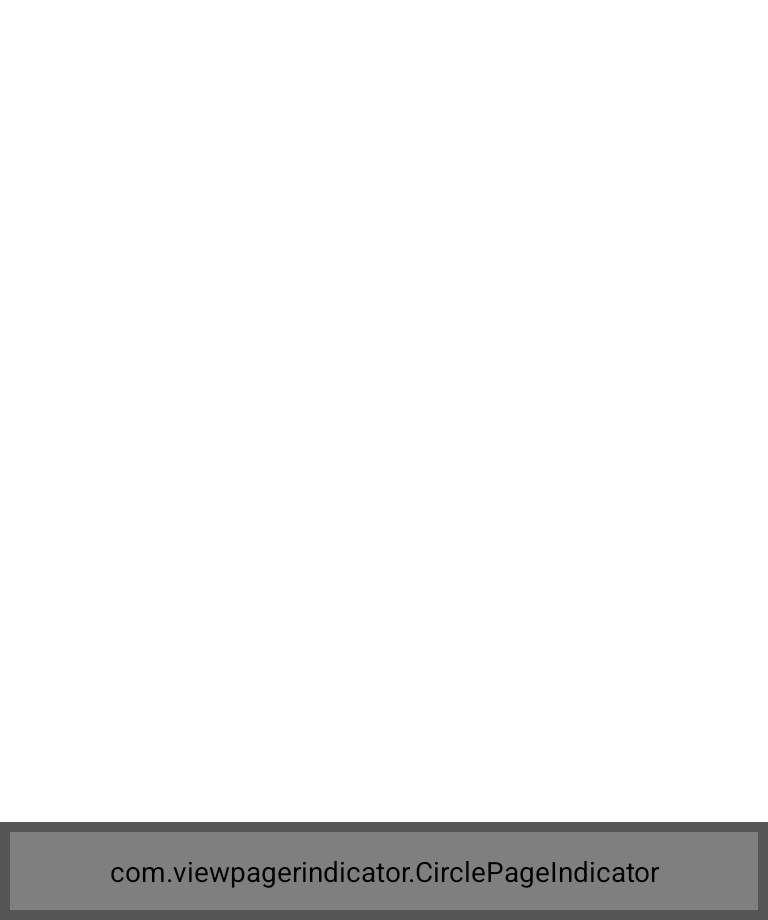
Repository: yangxiyucs/ZHBJ
Layout: ADT_ZHBJ74/ZHBJ/res/layout/pager_tab_detail.xml
An editor plug-in stored every save of this project. The layout is shown before and after the next save, followed by the edit.
The pictures show rows 360 to 1280 of an output 1280 px tall.
Pictures or frames that could not be fetched are drawn as grey boxes. It is drawn on a 768 x 1280 px phone screen (xhdpi) without system bars, with theme AppTheme; the app's code is not run.

Above is the layout before, as saved 2016-10-24 21:33:57.

### ADT_ZHBJ74/ZHBJ/res/layout/pager_tab_detail.xml
<?xml version="1.0" encoding="utf-8"?>
<FrameLayout xmlns:android="http://schemas.android.com/apk/res/android"
    xmlns:app="http://schemas.android.com/apk/res-auto"
    android:layout_width="match_parent"
    android:layout_height="match_parent"
    android:orientation="vertical" >

    <zhbj.view.TopNewsViewPager
        android:id="@+id/vp_topnews"
        android:layout_width="match_parent"
        android:layout_height="180dp" />

    <RelativeLayout
        android:layout_width="match_parent"
        android:layout_height="wrap_content"
        android:layout_gravity="bottom"
        android:background="#a000"
        android:padding="5dp" >

        <TextView
            android:id="@+id/tv_title"
            android:layout_width="wrap_content"
            android:layout_height="wrap_content"
            android:text="标题"
            android:textColor="#fff"
            android:textSize="16sp" >
        </TextView>

        <com.viewpagerindicator.CirclePageIndicator
            android:id="@+id/indicator"
            android:layout_width="fill_parent"
            android:layout_height="wrap_content"
            android:layout_alignParentRight="true"
            android:background="#FFCCCCCC"
            android:padding="10dip"
            app:fillColor="#f00"
            app:pageColor="#cccccc"
            app:radius="3dp"
            app:strokeColor="#FF000000"
            app:strokeWidth="0dp" />
    </RelativeLayout>

</FrameLayout>

### ADT_ZHBJ74/ZHBJ/res/values/styles.xml
<resources xmlns:android="http://schemas.android.com/apk/res/android">

    <!--
        Base application theme, dependent on API level. This theme is replaced
        by AppBaseTheme from res/values-vXX/styles.xml on newer devices.











    -->
    <style name="AppBaseTheme" parent="android:Theme.Light">
        <!--
            Theme customizations available in newer API levels can go in
            res/values-vXX/styles.xml, while customizations related to
            backward-compatibility can go here.





        -->
    </style>

    <!-- Application theme. -->
    <style name="AppTheme" parent="AppBaseTheme">
        <!-- All customizations that are NOT specific to a particular API-level can go here. -->
    </style>

    <style name="Bottom_tap_Style">
        <item name="android:layout_width">wrap_content</item>
        <item name="android:layout_height">match_parent</item>
        <item name="android:background">@android:color/transparent</item>
        <item name="android:button">@null</item>
        <item name="android:drawablePadding">3dp</item>
        <item name="android:padding">5dp</item>
        <item name="android:layout_weight">1</item>
        <item name="android:textColor">@color/txt_tab_selector</item>
        <item name="android:gravity">center</item>
    </style>

</resources>

Loaded but not shown: ADT_ZHBJ74/ZHBJ/res/values-v11/styles.xml (common file); ADT_ZHBJ74/ZHBJ/res/values-v14/styles.xml (common file)

After the next save:
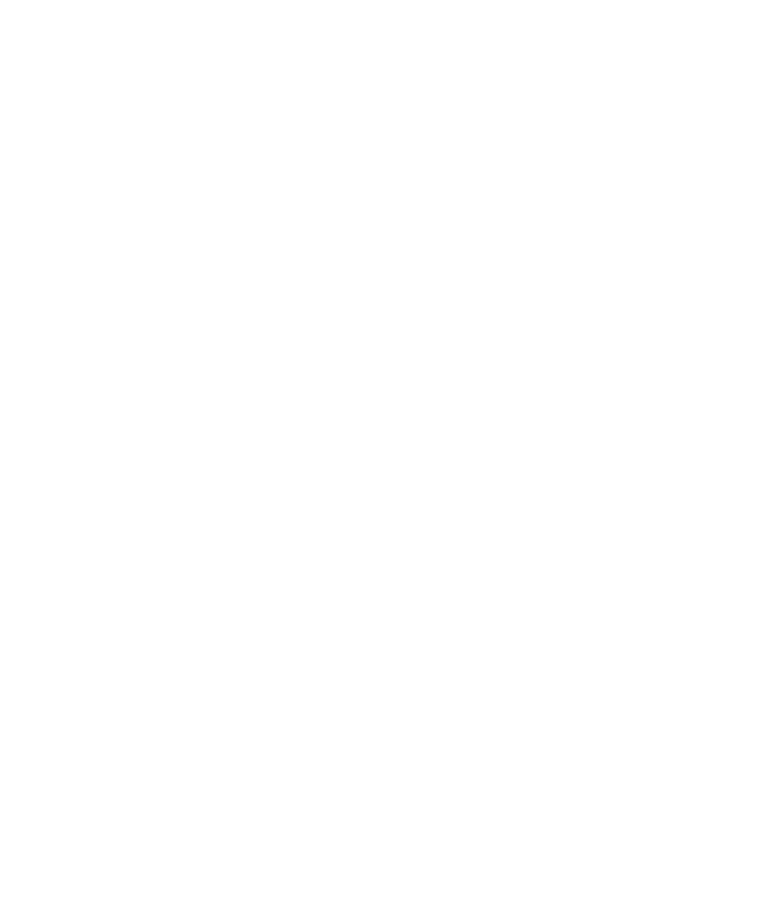
Saved 14 min 42 s later.
--- a/ADT_ZHBJ74/ZHBJ/res/layout/pager_tab_detail.xml
+++ b/ADT_ZHBJ74/ZHBJ/res/layout/pager_tab_detail.xml
@@ -8,36 +8,39 @@
     <zhbj.view.TopNewsViewPager
         android:id="@+id/vp_topnews"
         android:layout_width="match_parent"
-        android:layout_height="180dp" />
+        android:layout_height="180dp" >
 
-    <RelativeLayout
-        android:layout_width="match_parent"
-        android:layout_height="wrap_content"
-        android:layout_gravity="bottom"
-        android:background="#a000"
-        android:padding="5dp" >
+        <RelativeLayout
+            android:layout_width="match_parent"
+            android:layout_height="wrap_content"
+            android:layout_gravity="bottom"
+            android:background="#a000"
+            android:padding="5dp" >
 
-        <TextView
-            android:id="@+id/tv_title"
-            android:layout_width="wrap_content"
-            android:layout_height="wrap_content"
-            android:text="标题"
-            android:textColor="#fff"
-            android:textSize="16sp" >
-        </TextView>
+            <TextView
+                android:id="@+id/tv_title"
+                android:layout_width="wrap_content"
+                android:layout_height="wrap_content"
+                android:text="标题"
+                android:textColor="#fff"
+                android:textSize="16sp" >
+            </TextView>
 
-        <com.viewpagerindicator.CirclePageIndicator
-            android:id="@+id/indicator"
-            android:layout_width="fill_parent"
-            android:layout_height="wrap_content"
-            android:layout_alignParentRight="true"
-            android:background="#FFCCCCCC"
-            android:padding="10dip"
-            app:fillColor="#f00"
-            app:pageColor="#cccccc"
-            app:radius="3dp"
-            app:strokeColor="#FF000000"
-            app:strokeWidth="0dp" />
-    </RelativeLayout>
+            <com.viewpagerindicator.CirclePageIndicator
+                android:id="@+id/indicator"
+                android:layout_width="fill_parent"
+                android:layout_height="wrap_content"
+                android:layout_alignParentRight="true"
+                android:background="#FFCCCCCC"
+                android:padding="10dip"
+                app:fillColor="#f00"
+                app:pageColor="#cccccc"
+                app:radius="3dp"
+                app:strokeColor="#FF000000"
+                app:strokeWidth="0dp" />
+        </RelativeLayout>
+/>
+
+    </zhbj.view.TopNewsViewPager>
 
 </FrameLayout>

After the 4 saves that followed:
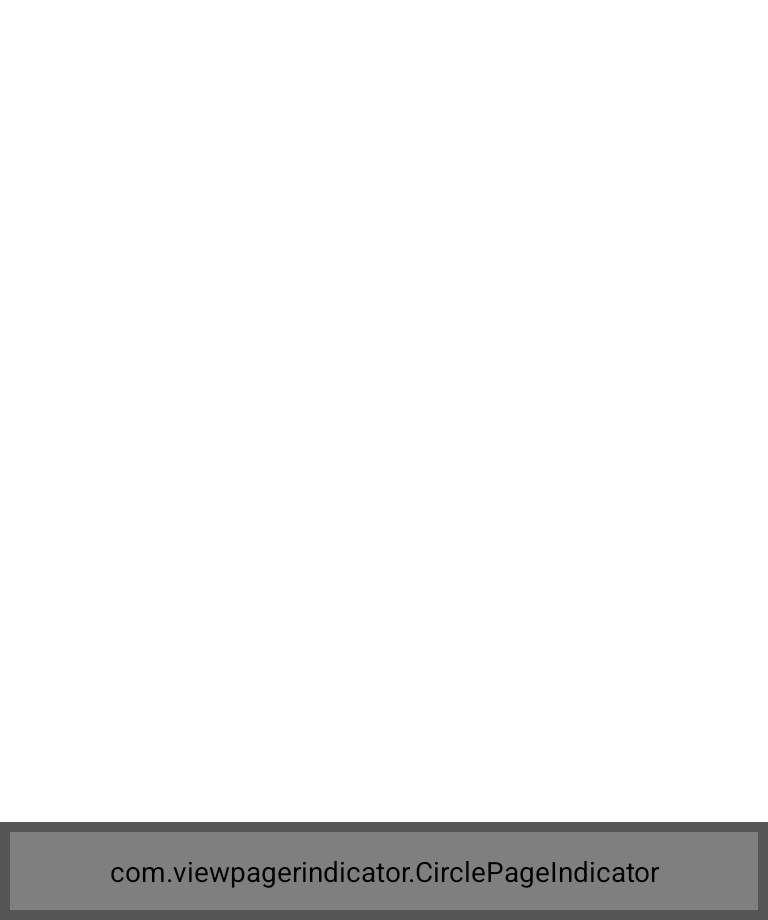
The 4 saves are shown as one change because 2 did not build or start and 1 left the picture as it was.
The last was saved 4 min 14 s later.
--- a/ADT_ZHBJ74/ZHBJ/res/layout/pager_tab_detail.xml
+++ b/ADT_ZHBJ74/ZHBJ/res/layout/pager_tab_detail.xml
@@ -8,39 +8,38 @@
     <zhbj.view.TopNewsViewPager
         android:id="@+id/vp_topnews"
         android:layout_width="match_parent"
-        android:layout_height="180dp" >
+        android:layout_height="180dp" />
 
-        <RelativeLayout
-            android:layout_width="match_parent"
+    <RelativeLayout
+        android:layout_width="match_parent"
+        android:layout_height="wrap_content"
+        android:layout_gravity="bottom"
+        android:background="#a000"
+        android:padding="5dp" >
+
+        <TextView
+            android:id="@+id/tv_title"
+            android:layout_width="wrap_content"
             android:layout_height="wrap_content"
-            android:layout_gravity="bottom"
-            android:background="#a000"
-            android:padding="5dp" >
+            android:text="标题"
+            android:textColor="#fff"
+            android:textSize="16sp" />
 
-            <TextView
-                android:id="@+id/tv_title"
-                android:layout_width="wrap_content"
-                android:layout_height="wrap_content"
-                android:text="标题"
-                android:textColor="#fff"
-                android:textSize="16sp" >
-            </TextView>
+        <TextView>
+        </TextView>
 
-            <com.viewpagerindicator.CirclePageIndicator
-                android:id="@+id/indicator"
-                android:layout_width="fill_parent"
-                android:layout_height="wrap_content"
-                android:layout_alignParentRight="true"
-                android:background="#FFCCCCCC"
-                android:padding="10dip"
-                app:fillColor="#f00"
-                app:pageColor="#cccccc"
-                app:radius="3dp"
-                app:strokeColor="#FF000000"
-                app:strokeWidth="0dp" />
-        </RelativeLayout>
-/>
-
-    </zhbj.view.TopNewsViewPager>
+        <com.viewpagerindicator.CirclePageIndicator
+            android:id="@+id/indicator"
+            android:layout_width="fill_parent"
+            android:layout_height="wrap_content"
+            android:layout_alignParentRight="true"
+            android:background="#FFCCCCCC"
+            android:padding="10dip"
+            app:fillColor="#f00"
+            app:pageColor="#cccccc"
+            app:radius="3dp"
+            app:strokeColor="#FF000000"
+            app:strokeWidth="0dp" />
+    </RelativeLayout>
 
 </FrameLayout>
